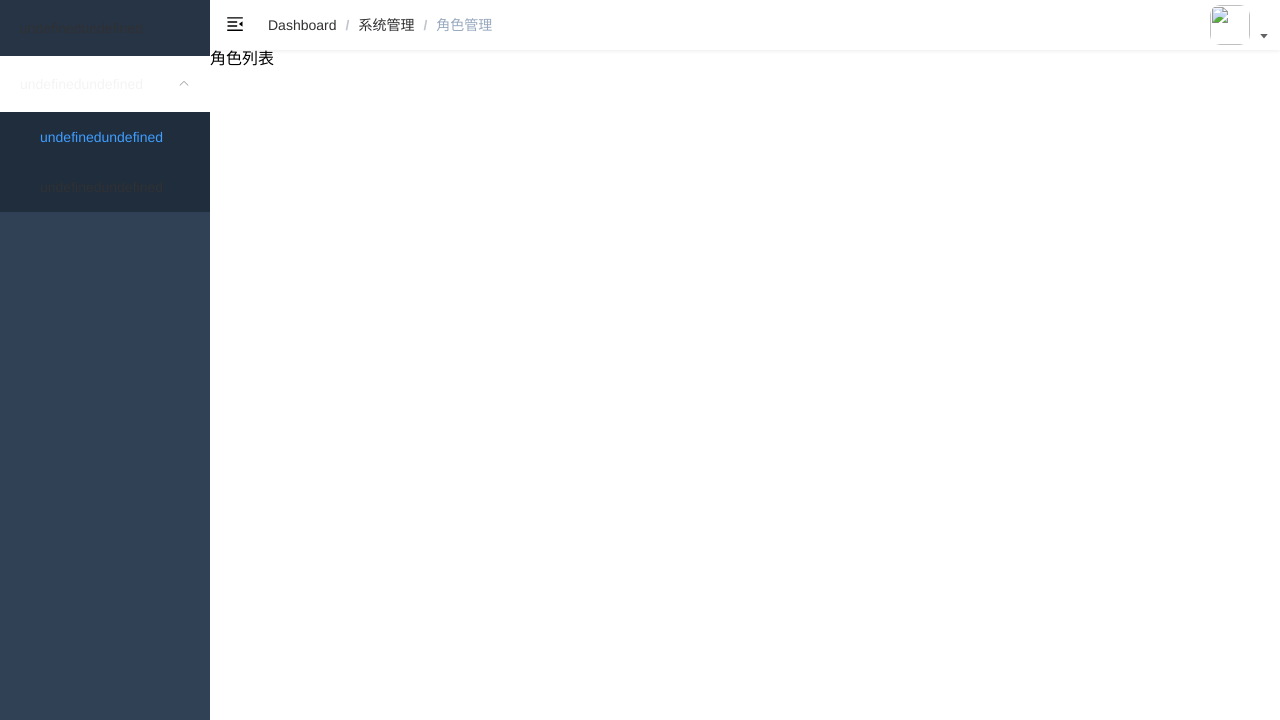
Repository: Ragnarokoo/perm-auth-front
Page: /#/system/sysRole (app in system-front/)
An editor plug-in stored every save of this project. The page is shown before and after the next save, followed by the edit.
The browser window is 1280 px wide. The pictures show the whole page.
The page's requests for data from a server got no answer. The project was rebuilt for these pictures with package versions that can differ from the ones it lists, and the page was loaded fresh each time. No one was signed in, and anything a server would have sent is missing. Also part of the build but not shown: system-front/vue.config.js, system-front/src/layout/components/Sidebar/Logo.vue, system-front/src/styles/variables.scss, system-front/src/components/SvgIcon/index.vue. Imported but missing from the stored project, and not drawn on this page: system-front/src/permission.

Above is the page before, as saved 2022-10-31 18:15:28.

After the next save:
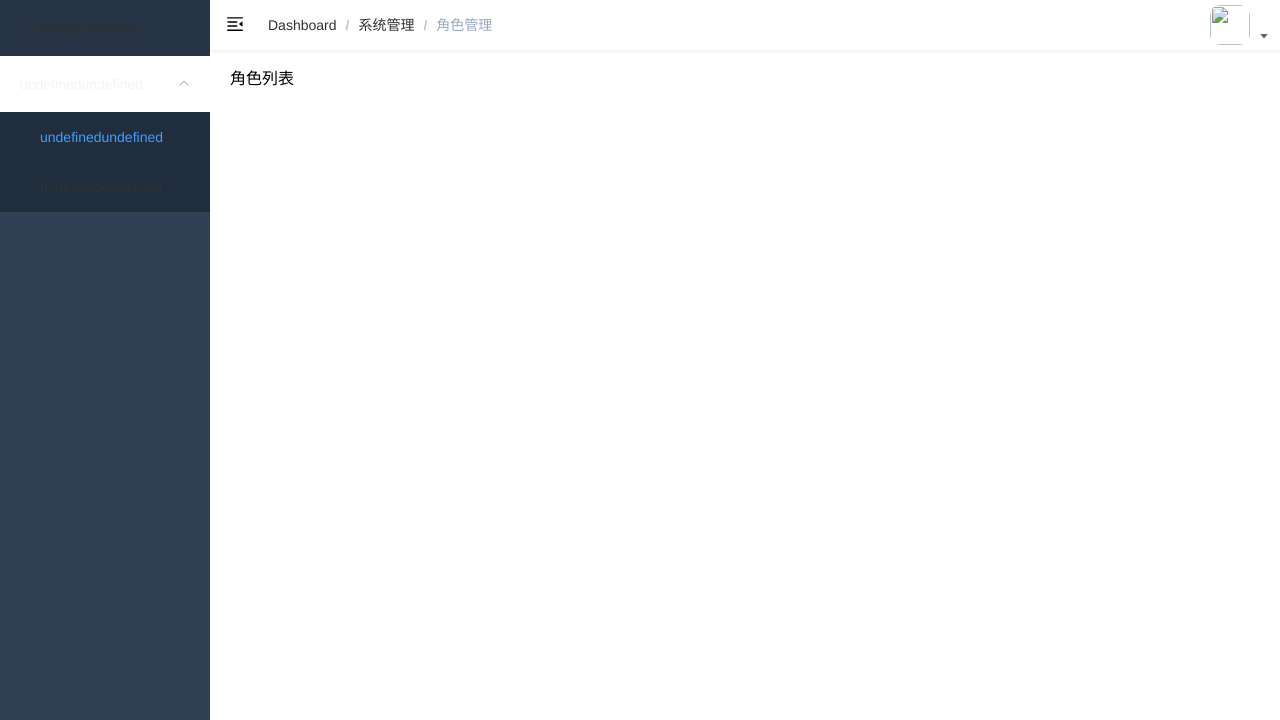
Saved 20 s later.
--- a/system-front/src/views/system/sysRole/list.vue
+++ b/system-front/src/views/system/sysRole/list.vue
@@ -1,5 +1,5 @@
 <template>
-  <div>
+  <div class="app-container">
     角色列表
   </div>
 </template>
